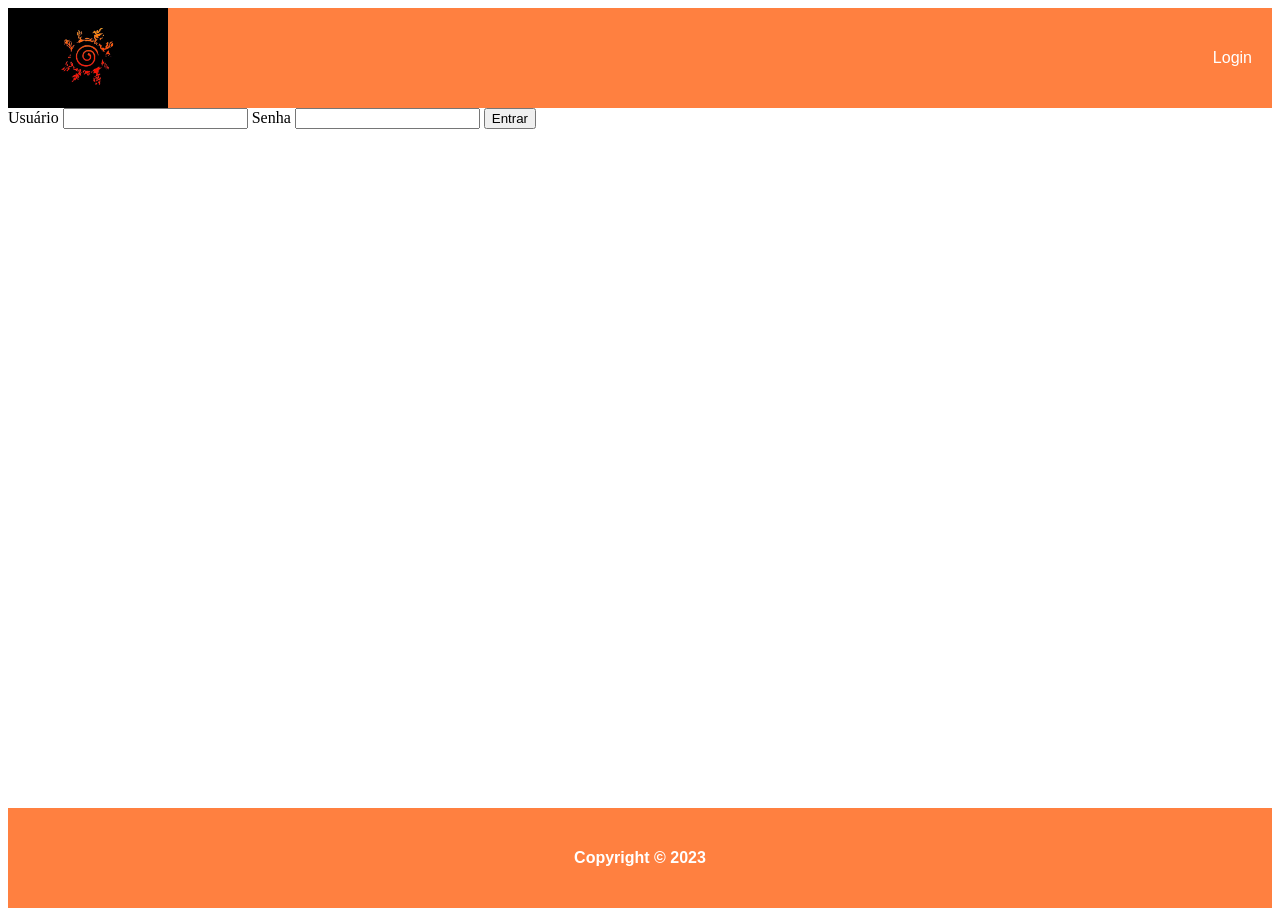
Repository: Jvmferreira/projeto-final-
Page: http://localhost/FinalWeb/
An editor plug-in stored every save of this project. The page is shown before and after the next save, followed by the edit.
The browser window is 1280 px wide. The pictures show the whole page.
The page is served by Tomcat 9. Other server files are loaded and not shown.

Above is the page before, as saved 2023-04-12 11:12:45.

### FinalWeb/src/main/webapp/index.jsp
<!DOCTYPE html>
<html>
	<head>
		<meta charset="ISO-8859-1">
		<title>Projeto Final - Web + Banco de Dados</title>

		<link href="css/estilo.css" rel="stylesheet">
	</head>
	<body>
		<div id="pagina">
			<div id="barra">
				<div id="logo"><img src="images/logo de anime.png" height="100px"></div>
				<div id="menu">Login</div>
			</div>
			<div id="conteudo">
				<form method="post" action="LoginServlet">
					<label>Usuário</label>
					<input type="text" id="txtUsuario" name="txtUsuario"/>
					<label>Senha</label>
					<input type="password" id="txtSenha" name="txtSenha"/>
					<input type="submit" value="Entrar">
				</form>
			</div>
			<div id="rodape">Copyright &copy 2023</div>
		</div>
	</body>
</html>

### FinalWeb/src/main/webapp/css/estilo.css

#pagina {
	background-color: white;
}

#barra {
	display: flex;
	width: 100%;
	background-color: #ff8040;
}

#logo {
	display: flex;
	width: 20%;
}

#menu {
	display: flex;
	width: 80%;
	background-color: #ff8040;
	color: white;
	font-family: Arial;
	align-items: center;
	justify-content: right;
	margin-right: 20px;
}

#conteudo {
	display: flex;
	height: 700px;
	background-color: rgb(0, 128, 255)128, 255, 255);
}

#rodape {
	display: flex;
	height: 100px;
	background-color: rgb(255, 128, 64);
	color: white;
	justify-content: center;
	font-family: Arial;
	font-weight: bold;
	align-items: center;
}

After the next save:
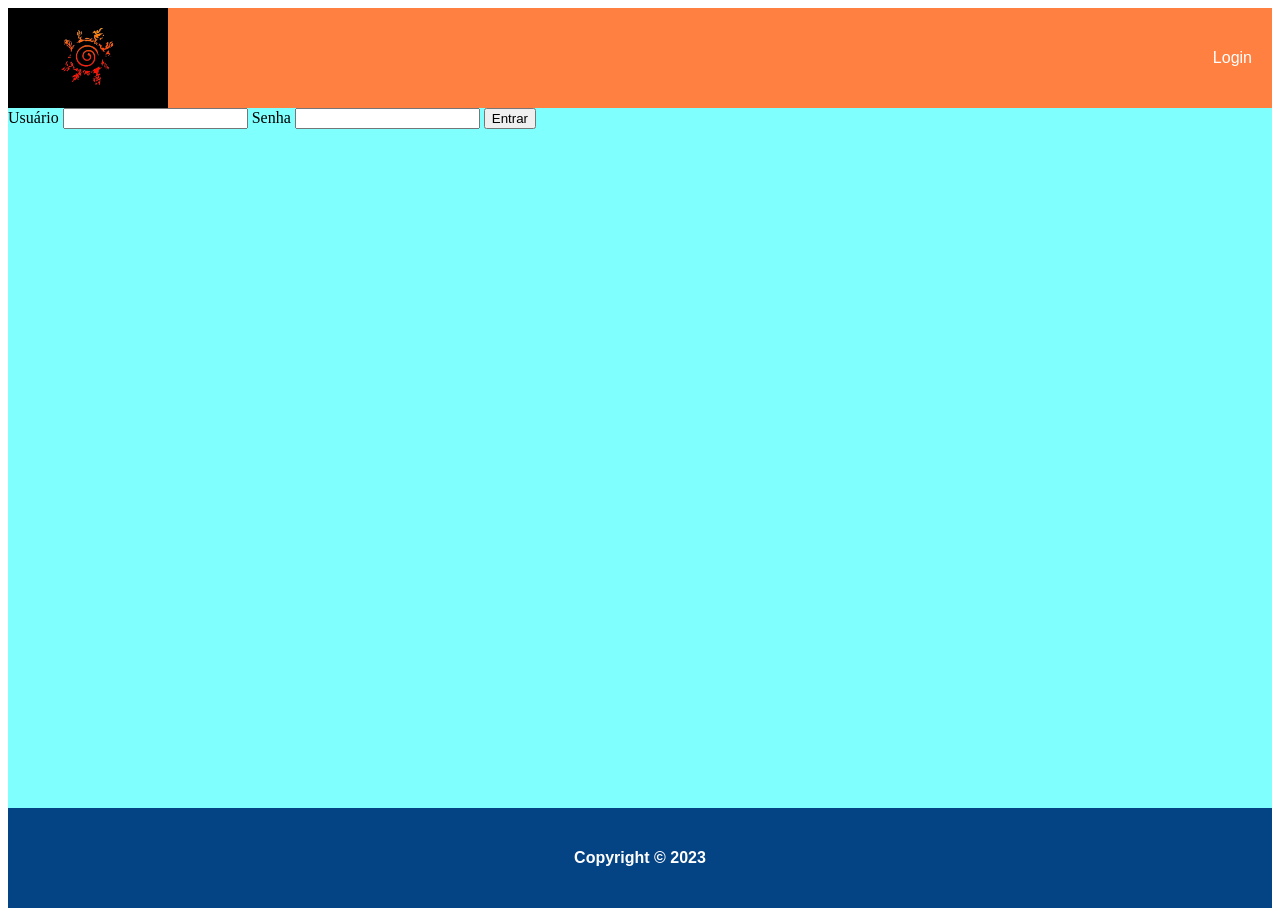
Saved 17 s later.
--- a/FinalWeb/src/main/webapp/css/estilo.css
+++ b/FinalWeb/src/main/webapp/css/estilo.css
@@ -28,13 +28,13 @@
 #conteudo {
 	display: flex;
 	height: 700px;
-	background-color: rgb(0, 128, 255)128, 255, 255);
+	background-color: rgb(128, 255, 255);
 }
 
 #rodape {
 	display: flex;
 	height: 100px;
-	background-color: rgb(255, 128, 64);
+	background-color: #044384;
 	color: white;
 	justify-content: center;
 	font-family: Arial;
